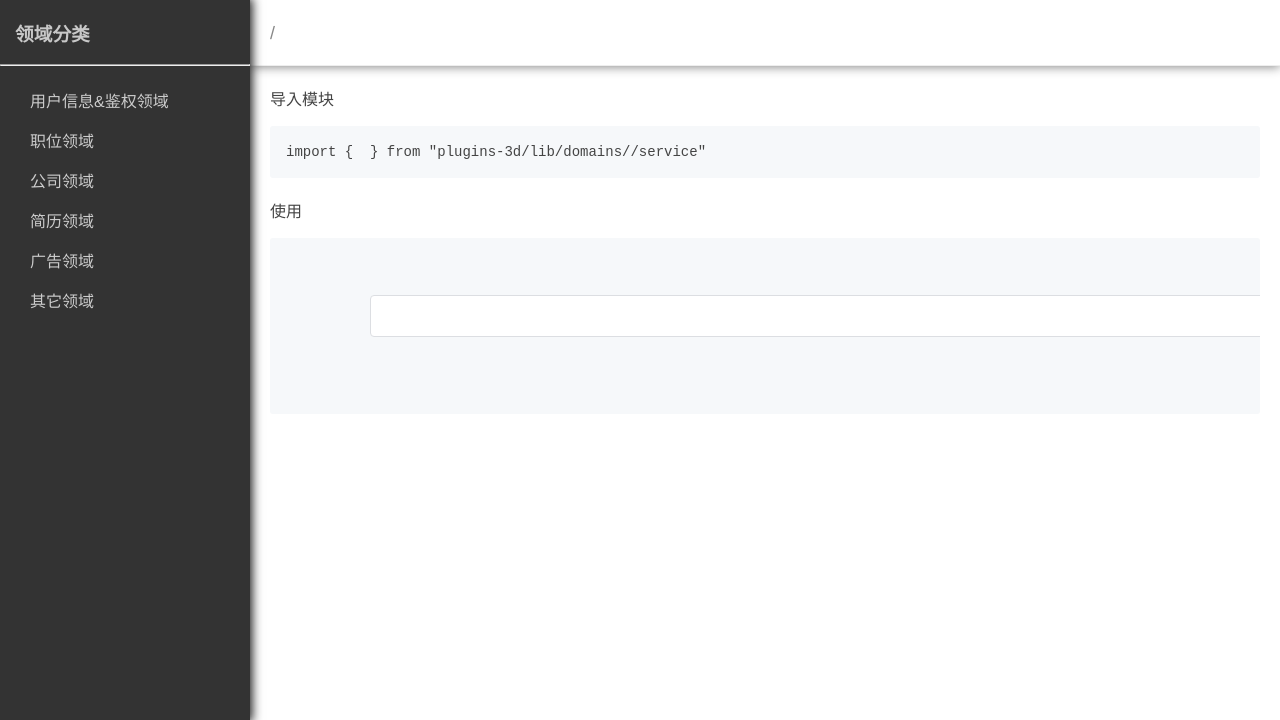
Repository: lsliangshan/inig-3d-doc
Page: /detail
The author's editor kept a copy of each file at every save. The page is drawn from the files as they stood at one save, then again after the next save.
The browser window is 1280 px wide. The pictures show the whole page.
An inner scrolling area shows only its first screen. The project was rebuilt for these pictures with package versions that can differ from the ones it lists, and the page was loaded fresh each time. Also part of the build but not shown: vue.config.js, src/components/HelloWorld.vue, src/views/Home.vue, src/components/User.vue, src/components/Position.vue, src/components/Company.vue, src/components/Resume.vue, src/components/Ads.vue and 1 more. Imported but missing from the stored project, and not drawn on this page: ../plugins-3d/lib/domains/job/service, ../plugins-3d/lib/domains/user/service.

Above is the page before, as saved 2019-08-08 21:10:27.

### public/index.html
<!DOCTYPE html>
<html lang="en">
  <head>
    <meta charset="utf-8">
    <meta http-equiv="X-UA-Compatible" content="IE=edge">
    <meta name="viewport" content="width=device-width,initial-scale=1.0">
    <link rel="icon" href="<%= BASE_URL %>favicon.ico">
    <title>test-3d</title>
  </head>
  <body>
    <noscript>
      <strong>We're sorry but test-3d doesn't work properly without JavaScript enabled. Please enable it to continue.</strong>
    </noscript>
    <div id="app"></div>
    <!-- built files will be auto injected -->
  </body>
</html>

### src/App.vue
<template>
  <div id="app">
    <div class="nav">
      <h3>领域分类</h3>
      <hr>
      <ul>
        <li v-for="(domain, index) in menus"
            :key="index">
          <a href="javascript: void(0)"
             :class="{active: $route.params && (domain.name === $route.params.domain) }"
             @click="toggleMenu(index)">{{domain.label}}</a>
          <div class="sub_items"
               :style="{height: index === openedMenu ? (domain.children.length * 40 + (domain.children.length > 0 ? 20 : 0) + 'px') : 0}">
            <div class="sub_item_inner"
                 :style="{padding: domain.children.length > 0 ? '5px 15px' : '0'}">
              <div class="sub_item"
                   v-for="(item, index) in domain.children"
                   :key="index">
                <a href="javascript: void(0)"
                   :class="{active: $route.params.methods === item.name}"
                   @click="navigateTo(domain.name, item.name, item.params, item.label)">{{item.label}}</a>
              </div>
            </div>
          </div>
        </li>
      </ul>
    </div>
    <div class="content">
      <div class="inner">
        <router-view :params="currentParems" />
      </div>
    </div>
    <all-svgs></all-svgs>
  </div>
</template>
<script>
  export default {
    name: 'App',
    components: {
      AllSvgs: () => import('./Svgs')
    },
    data () {
      return {
        openedMenu: -1,
        activeSubMenu: '',
        currentParems: [],
        menus: [
          {
            label: '用户信息&鉴权领域',
            name: 'user',
            children: [
              {
                label: '登录',
                name: 'login',
                params: [
                  {
                    'username': {
                      type: 'String',
                      default: ''
                    },
                    'password': {
                      type: 'String',
                      default: ''
                    }
                  }
                ]
              },
              {
                label: '注册',
                name: 'register',
                params: []
              },
              {
                label: '获取用户详情',
                name: 'getUserDetail',
                params: []
              }
            ]
          },
          {
            label: '职位领域',
            name: 'job',
            children: [
              {
                label: '获取职位详情',
                name: 'requestJobDetail',
                params: [
                  {
                    'number': {
                      type: 'String',
                      default: ''
                    }
                  }
                ]
              },
              {
                label: '获取相似职位',
                name: 'requestSimilarJobs',
                params: [
                  {
                    'number': {
                      type: 'String',
                      default: ''
                    }
                  }
                ]
              },
              {
                label: '获取在招职位',
                name: 'requestAreaJobs',
                params: [
                  {
                    'number': {
                      type: 'String',
                      default: ''
                    }
                  }
                ]
              },
              {
                label: '获取在招职位所在城市',
                name: 'requestAreaJobCity',
                params: [
                  {
                    'number': {
                      type: 'String',
                      default: ''
                    }
                  }
                ]
              },
              {
                label: '收藏职位',
                name: 'requestJobCollection',
                params: [
                  {
                    'number': {
                      type: 'String',
                      default: ''
                    }
                  }
                ]
              },
              {
                label: '投递职位',
                name: 'requestJobDeliver',
                params: [
                  {
                    'number': {
                      type: 'String',
                      default: ''
                    }
                  }
                ]
              },
              {
                label: '获取职位投递状态',
                name: 'requestJobDeliverStatus',
                params: [
                  {
                    'number': {
                      type: 'String',
                      default: ''
                    }
                  }
                ]
              },
              {
                label: '获取最佳雇主',
                name: 'requestBestEmployer',
                params: [
                  {
                    'number': {
                      type: 'String',
                      default: ''
                    }
                  }
                ]
              },
              {
                label: '获取最佳雇主评论',
                name: 'requestBestEmployerComment',
                params: [
                  {
                    'number': {
                      type: 'String',
                      default: ''
                    }
                  }
                ]
              },
              {
                label: '获取职位的小程序二维码',
                name: 'requestJobMpQrcode',
                params: [
                  {
                    'number': {
                      type: 'String',
                      default: ''
                    }
                  }
                ]
              }
            ]
          },
          {
            label: '公司领域',
            name: 'company',
            children: [

            ]
          },
          {
            label: '简历领域',
            name: 'resume',
            children: [

            ]
          },
          {
            label: '广告领域',
            name: 'ads',
            children: [

            ]
          },
          {
            label: '其它领域',
            name: 'other',
            children: [

            ]
          }
        ]
      }
    },
    created () {
      this.openedMenu = this.findOpenedMenuIndex()
      this.currentParems = this.findCurrentParams()
    },
    methods: {
      toggleMenu (index) {
        this.openedMenu = (this.openedMenu === index ? -1 : index)
      },
      findCurrentParams () {
        let i = 0
        let menus = this.menus
        let outParams = []
        for (i; i < menus.length; i++) {
          if (menus[i].name != this.$route.params.domain) {
            continue
          } else {
            for (let j = 0; j < menus[i].children.length; j++) {
              if (menus[i].children[j].name !== this.$route.params.methods) {
                continue
              } else {
                outParams = menus[i].children[j].params
                j = menus[i].children.length
              }
            }
          }
        }
        return outParams
      },
      findOpenedMenuIndex () {
        let i = 0
        let outIndex = -1
        let menus = this.menus
        for (i; i < menus.length; i++) {
          if (this.$route.params.domain === menus[i].name) {
            outIndex = i
            i = menus.length
          }
        }
        return outIndex
      },
      navigateTo (domain, methods, params, label) {
        this.currentParems = params
        document.title = label
        this.$router.replace({
          path: '/' + domain + '/' + methods
        })
      }
    }
  }
</script>

<style>
  body,
  html {
    width: 100%;
    height: 100%;
    padding: 0;
    margin: 0;
  }
  #app {
    font-family: "Avenir", Helvetica, Arial, sans-serif;
    -webkit-font-smoothing: antialiased;
    -moz-osx-font-smoothing: grayscale;
    color: #2c3e50;
    width: 100%;
    height: 100%;
    display: flex;
    flex-direction: row;
  }
  .nav {
    width: 250px;
    height: 100%;
    background-color: #333;
    box-shadow: 0 0 10px 2px #111;
    z-index: 2;
  }
  .nav h3 {
    padding: 0 15px;
    box-sizing: border-box;
    color: #c8c8c8;
  }
  .nav ul {
    height: calc(100% - 100px);
    overflow-y: auto;
  }
  .nav ul li {
    list-style: none;
  }
  .nav ul li {
    position: relative;
    /* height: 48px; */
    display: flex;
    flex-direction: column;
  }
  .nav ul li > a {
    line-height: 40px;
    color: #ccc;
    text-decoration: none;
    transition: color 0.1s ease-in-out;
  }
  .nav ul li > a:hover {
    color: #aaa;
  }
  .nav ul li > a.active {
    color: #42b983 !important;
  }
  .nav ul {
    padding-left: 30px;
  }
  .nav .sub_items {
    width: 100%;
    transition: all 0.25s cubic-bezier(0.215, 0.61, 0.355, 1);
    transform-origin: 50% 0;
    overflow: hidden;
  }
  .nav .sub_items .sub_item_inner {
    box-sizing: border-box;
    background-color: #383838;
    border-radius: 5px;
    box-shadow: 0 0 10px #303030 inset;
  }
  .nav .sub_items .sub_item_inner .sub_item > a {
    display: flex;
    font-size: 14px;
    color: #888;
    line-height: 40px;
    text-decoration: none;
    transition: all 0.1s linear;
  }
  .nav .sub_items .sub_item_inner .sub_item > a:hover {
    color: #ccc;
  }
  .nav .sub_items .sub_item_inner .sub_item > a.active {
    color: #42b983 !important;
    font-size: 15px;
  }

  .content {
    flex: 1;
    height: 100%;
    overflow-y: auto;
    /* padding: 15px; */
    box-sizing: border-box;
    display: flex;
    flex-direction: row;
    align-items: flex-start;
  }
  .content .inner {
    width: 100%;
    height: 100%;
  }
</style>

### src/router.js
import Vue from 'vue'
import Router from 'vue-router'
import Home from './views/Home.vue'
import DomainUser from './components/User'
import DomainPosition from './components/Position'
import DomainCompany from './components/Company'
import DomainResume from './components/Resume'
import DomainAds from './components/Ads'
import DomainOther from './components/Other'

import DomainDetail from './components/Detail'

Vue.use(Router)

export default new Router({
  mode: 'history',
  base: process.env.BASE_URL,
  routes: [
    {
      path: '/',
      redirect: '/user'
    },
    {
      path: '/user',
      name: 'DomainUser',
      // route level code-splitting
      // this generates a separate chunk (about.[hash].js) for this route
      // which is lazy-loaded when the route is visited.
      // component: () => import(/* webpackChunkName: "about" */ './components/User.vue')
      component: DomainUser
    },
    {
      path: '/position',
      name: 'DomainPosition',
      component: DomainPosition
    },
    {
      path: '/company',
      name: 'DomainCompany',
      component: DomainCompany
    },
    {
      path: '/resume',
      name: 'DomainResume',
      component: DomainResume
    },
    {
      path: '/ads',
      name: 'DomainAds',
      component: DomainAds
    },
    {
      path: '/other',
      name: 'DomainOther',
      component: DomainOther
    },
    {
      path: '/:domain/:methods',
      name: 'Detail',
      component: DomainDetail
    },
    {
      path: '/detail',
      name: 'Detail2',
      component: DomainDetail
    }
  ]
})

### src/Svgs.vue
<template>
  <svg xmlns="http://www.w3.org/2000/svg"
       xmlnsXlink="http://www.w3.org/1999/xlink"
       style="position: absolute; width: 0; height: 0">
    <defs>

      <symbol viewBox="0 0 1024 1024"
              id="copy">
        <path d="M672 832 224 832c-52.928 0-96-43.072-96-96L128 160c0-52.928 43.072-96 96-96l448 0c52.928 0 96 43.072 96 96l0 576C768 788.928 724.928 832 672 832zM224 128C206.368 128 192 142.368 192 160l0 576c0 17.664 14.368 32 32 32l448 0c17.664 0 32-14.336 32-32L704 160c0-17.632-14.336-32-32-32L224 128zM800 960 320 960c-17.664 0-32-14.304-32-32s14.336-32 32-32l480 0c17.664 0 32-14.336 32-32L832 256c0-17.664 14.304-32 32-32s32 14.336 32 32l0 608C896 916.928 852.928 960 800 960zM544 320 288 320c-17.664 0-32-14.336-32-32s14.336-32 32-32l256 0c17.696 0 32 14.336 32 32S561.696 320 544 320zM608 480 288.032 480c-17.664 0-32-14.336-32-32s14.336-32 32-32L608 416c17.696 0 32 14.336 32 32S625.696 480 608 480zM608 640 288 640c-17.664 0-32-14.304-32-32s14.336-32 32-32l320 0c17.696 0 32 14.304 32 32S625.696 640 608 640z"></path>
      </symbol>

    </defs>
  </svg>
</template>

### src/components/Detail.vue
<template>
  <div class="detail_container">
    <headers></headers>
    <div class="detail_content_container">
      <detail-content :params="params"></detail-content>
    </div>
    <!-- <p v-if="$route.params.domain">领域：{{$route.params.domain}}</p>
    <p v-if="$route.params.methods">方法：{{$route.params.methods}}</p> -->
  </div>
</template>
<style scoped>
  .detail_container {
    width: 100%;
    height: 100%;
  }
  .detail_content_container {
    width: 100%;
    height: calc(100% - 66px);
    box-sizing: border-box;
  }
</style>

<script>
  export default {
    name: 'Detail',
    components: {
      Headers: () => import('./parts/Headers.vue'),
      DetailContent: () => import('./parts/DetailContent.vue')
    },
    props: {
      params: {
        type: Array,
        default () {
          return []
        }
      }
    },
    data () {
      return {}
    },
    mounted () {

    }
  }
</script>

### src/components/parts/Headers.vue
<template>
  <div class="detail_header">
    <a href="javascript: void(0)">{{$route.params.domain}} / {{$route.params.methods}}</a>
    <!-- <div class="detail_header_right">
      <div class="import_text"
           :class="{show: !miniScreen}"
           title="点击复制">
        import { {{$route.params.methods}} } from "plugins-3d/lib/domains/{{$route.params.domain}}/service"
      </div>
      <svg>
        <use xlink:href="#copy"></use>
      </svg>
    </div> -->
  </div>
</template>
<style scoped>
  .detail_header {
    position: sticky;
    top: 0;
    width: 100%;
    height: 66px;
    background-color: #fff;
    box-shadow: 0 1px 10px #888;
    padding: 0 20px;
    box-sizing: border-box;
    border-bottom: 1px solid #eee;
    display: flex;
    flex-direction: row;
    align-items: center;
    justify-content: space-between;
  }
  .detail_header a {
    max-width: 320px;
    height: 66px;
    font-size: 18px;
    color: #888;
    line-height: 40px;
    text-decoration: none;
    display: inline-flex;
    flex-direction: row;
    align-items: center;
    justify-content: flex-start;
  }
  .detail_header_right {
    height: 66px;
    width: calc(100% - 320px);
    display: inline-flex;
    flex-direction: row;
    align-items: center;
    justify-content: flex-end;
  }
  .import_text {
    max-width: 80%;
    margin-right: 15px;
    color: #888;
    text-align: right;
    transition: all 0.03s ease-in-out;
    opacity: 0;
  }
  .import_text.show {
    opacity: 1;
  }
  .detail_header_right svg {
    width: 24px;
    height: 24px;
    fill: #888;
    transition: all 0.2s linear;
    cursor: pointer;
  }
  .detail_header_right svg:hover {
    fill: #333;
  }
</style>

<script>
  export default {
    name: 'DetailHeader',
    props: {},
    data () {
      return {
        miniScreen: true
      }
    },
    mounted () {
      window.addEventListener('resize', this.resetMiniScreen, false)
    },
    methods: {
      resetMiniScreen () {
        this.miniScreen = (document.documentElement.offsetWidth < 1200)
      }
    }
  }
</script>

### src/components/parts/DetailContent.vue
<template>
  <div class="detail_container">
    <div class="highlight">
      <p>导入模块</p>
      <div class="highlight_code">
        <pre>import { {{$route.params.methods}} } from "plugins-3d/lib/domains/{{$route.params.domain}}/service"</pre>
        <svg>
          <use xlink:href="#copy"></use>
        </svg>
      </div>
    </div>
    <div class="highlight">
      <p>使用</p>
      <div class="highlight_code">
        <pre>
          <form action="">
            <input type="text" class="custom_input">
          </form>
        </pre>
      </div>
    </div>
    <div class="detail_content"
         style="height: 2000px;"></div>
  </div>
</template>
<style scoped>
  .detail_container {
    width: 100%;
    height: 100%;
    color: #444;
    overflow: auto;
  }
  .import_text {
    position: sticky;
    left: 0;
    top: 0;
    width: 100%;
    height: 48px;
    padding: 0 20px;
    box-sizing: border-box;
    display: flex;
    flex-direction: row;
    align-items: center;
    justify-content: flex-start;
    background-color: #ffffff;
  }
  .highlight {
    padding: 0 20px;
    margin-top: 20px;
    box-sizing: border-box;
  }
  .highlight_code {
    position: relative;
  }
  .highlight_code pre {
    background-color: #f6f8fa;
    border-radius: 3px;
    font-size: 14px;
    line-height: 1.45;
    overflow: auto;
    padding: 16px;
  }
  .highlight_code svg {
    fill: #444;
    position: absolute;
    top: 5px;
    right: 5px;
    width: 20px;
    height: 20px;
    display: flex;
    flex-direction: row;
    align-items: center;
    justify-content: center;
    cursor: pointer;
    opacity: 0;
    transition: all 0.2s ease-in-out;
  }
  .highlight_code:hover svg {
    opacity: 1;
  }

  .custom_input {
    display: inline-block;
    width: 100%;
    height: 32px;
    line-height: 1.5;
    padding: 4px 7px;
    font-size: 12px;
    border: 1px solid #dcdee2;
    border-radius: 4px;
    color: #515a6e;
    background-color: #fff;
    background-image: none;
    position: relative;
    cursor: text;
    transition: border 0.2s ease-in-out, background 0.2s ease-in-out,
      box-shadow 0.2s ease-in-out;
  }
</style>

<script>
  export default {
    name: 'DetailContent',
    props: {
      params: {
        type: Array,
        default () {
          return []
        }
      }
    },
    data () {
      return {}
    }
  }
</script>

Loaded but not shown: src/main.js (common file); src/store.js (common file)

After the next save:
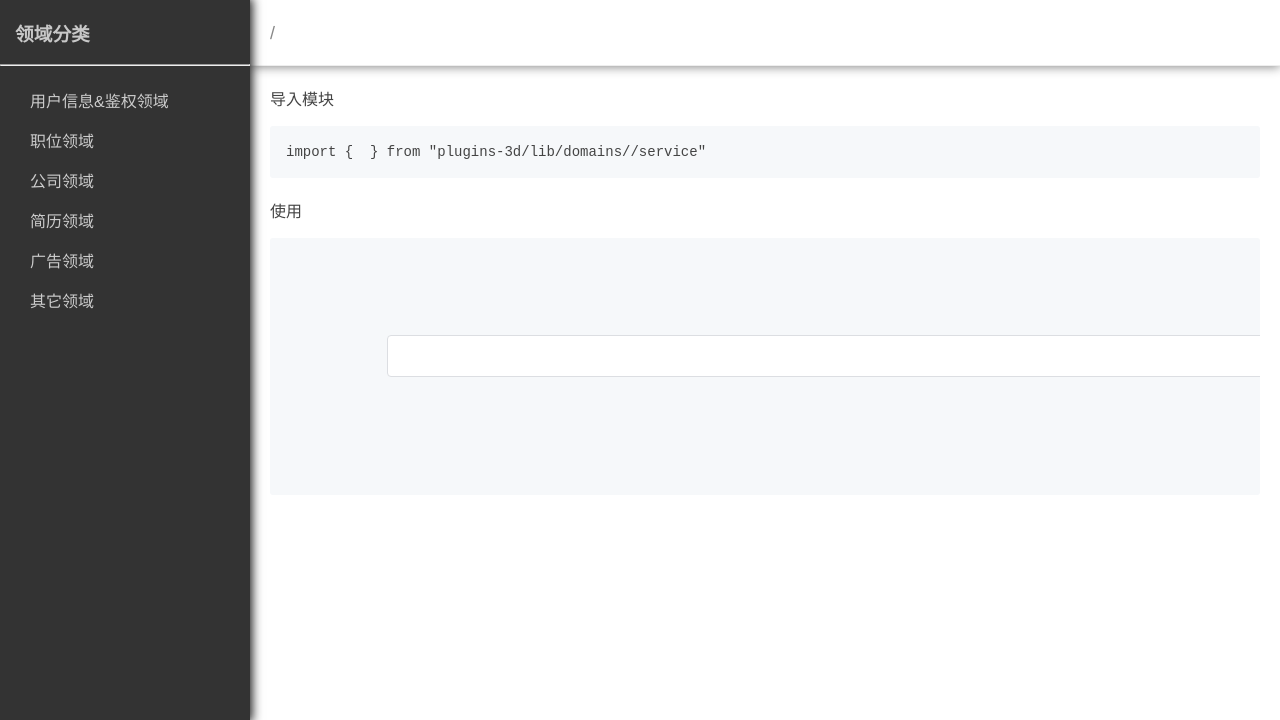
Saved 73 s later.
--- a/src/components/parts/DetailContent.vue
+++ b/src/components/parts/DetailContent.vue
@@ -13,8 +13,10 @@
       <p>使用</p>
       <div class="highlight_code">
         <pre>
-          <form action="">
-            <input type="text" class="custom_input">
+          <form class="methods_form" action="">
+            <div class="form_item">
+              <input type="text" class="custom_input">
+            </div>
           </form>
         </pre>
       </div>
@@ -79,6 +81,12 @@
     opacity: 1;
   }
 
+  .methods_form {
+    width: 100%;
+  }
+  .methods_form .form_item {
+    width: 100%;
+  }
   .custom_input {
     display: inline-block;
     width: 100%;
